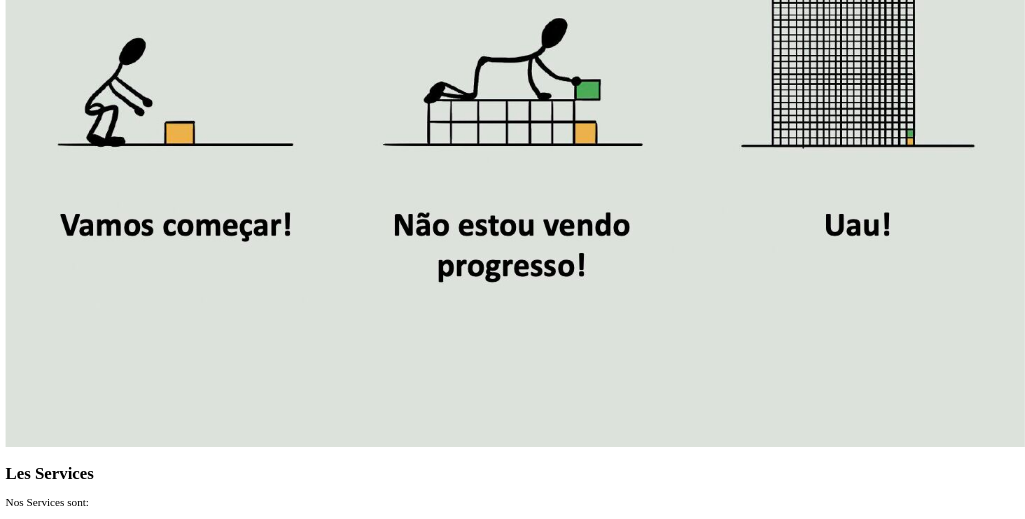
Repository: MarcioFreitasUFSC21/Proejct00
Page: ExampleSite/Assets/index2.html
An editor plug-in stored every save of this project. The page is shown before and after the next save, followed by the edit.
The browser window is 1280 px wide. The page is 1464 px wide, so the pictures cover 1464 px, including what lies to the right of the window. The pictures show the part of the page from y = 582 to 2262 px (the page is 1324 px tall before and 2262 px after), at 70% of full size.

Above is the page before, as saved 2023-03-18 17:39:21.

### ExampleSite/Assets/index2.html
<!DOCTYPE html>
<html lang="pt-br">
<head>
    <meta charset="UTF-8">
    <meta http-equiv="X-UA-Compatible" content="IE=edge">
    <meta name="viewport" content="width=device-width, initial-scale=1.0">
    <title>The first page</title>
</head>
<body>
    <section>
        <div>
            <h1><a href="#">LOGO </a></h1>
            <nav>
                <ul>
                    <li><a href="#">Home</a></li>
                    <li><a href="#"> Introdução</a></li>
                    <li><a href="#"> Serviços</a></li>
                    <li><a href="#"> Tabela de preços</a></li>
                    <li><a href="#"> Contatos</a></li>
                </ul>
            </nav>
        </div>
    </section>
    <section>
        <div>
            <h2> Dans la crise, create!</h2>
            <p>Lorem ipsum dolor sit amet, consectetur adipisicing elit, sed do eiusmod tempor incididunt ut labore et dolore magna aliqua. Ut enim ad minim veniam, quis nostrud exercitation ullamco laboris nisi ut aliquip ex ea commodo consequat. Duis aute irure dolor in reprehenderit in voluptate velit esse cillum dolore eu fugiat nulla pariatur. Excepteur sint occaecat cupidatat non proident, sunt in culpa qui officia deserunt mollit anim id est laborum.</p>
        </div>
        <div>
            <img src="Assets/img2/lesson.jpg">
        </div>
    </section>
    <section>
        <div>
            <h2>Les Services</h2>
            <p> Nos Services sont: </p>
        </div>
        <div>

        </div>
    </section>
</body>
</html>

After the next save:
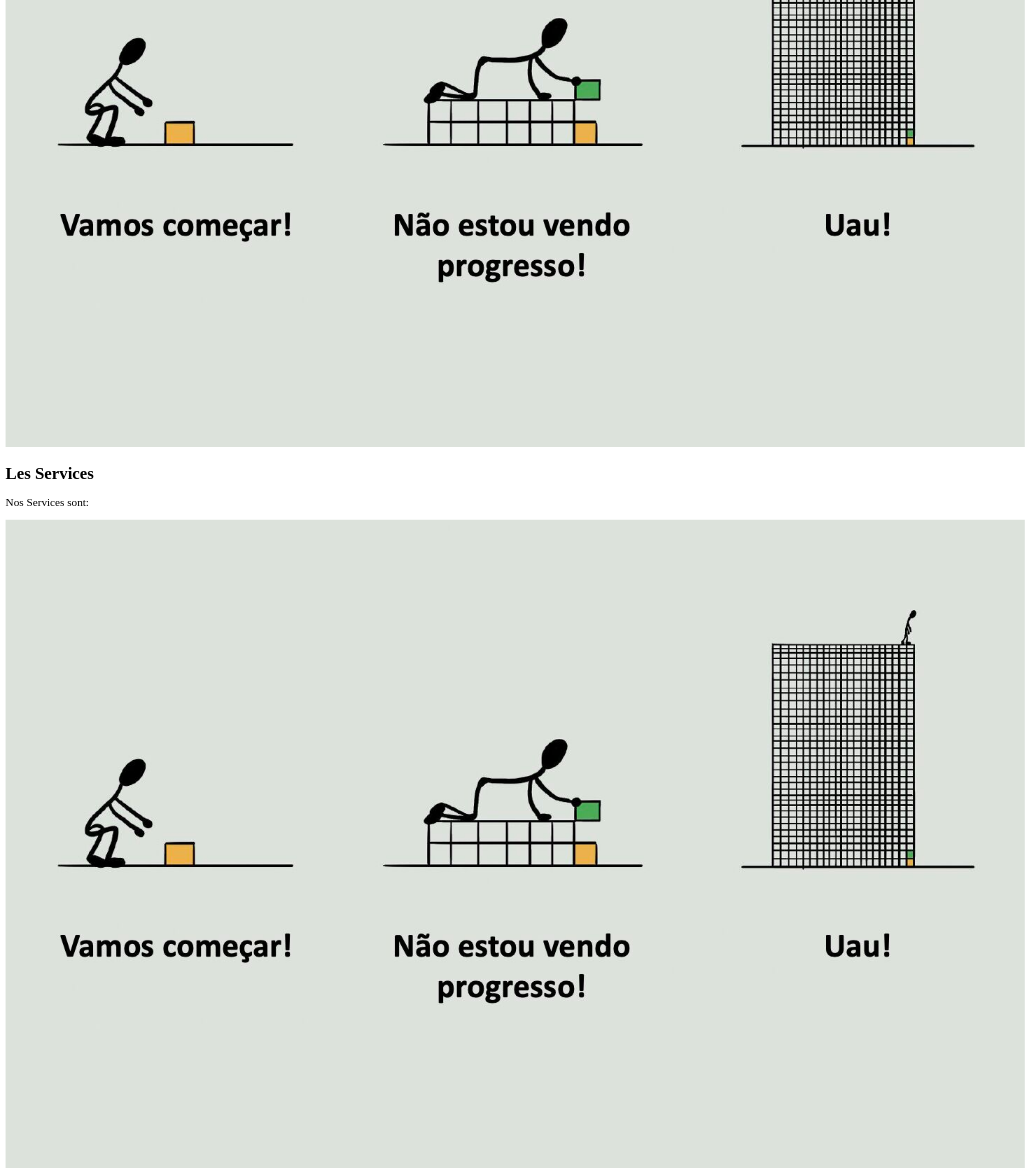
Saved 6 s later.
--- a/ExampleSite/Assets/index2.html
+++ b/ExampleSite/Assets/index2.html
@@ -36,7 +36,7 @@
             <p> Nos Services sont: </p>
         </div>
         <div>
-
+            <img src="Assets/img2/lesson.jpg">
         </div>
     </section>
 </body>
